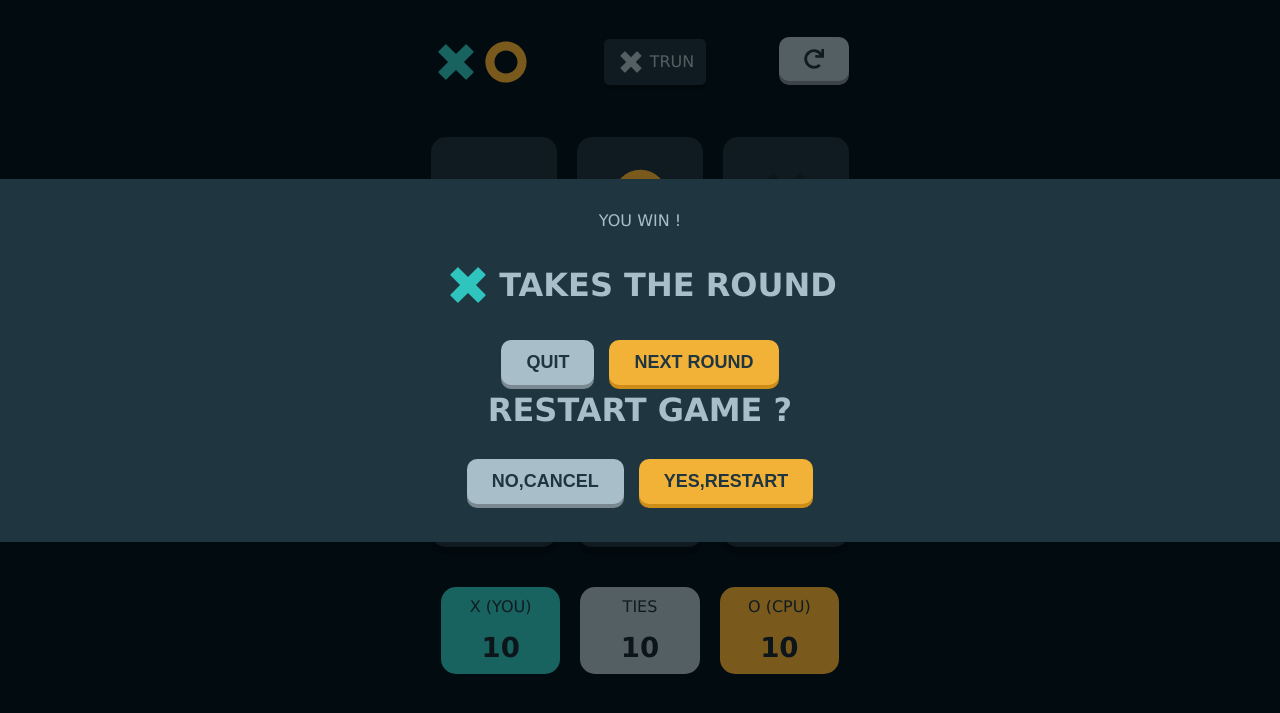
Repository: SD-Mdouka/XO_GAME
Page: /
An editor plug-in stored every save of this project. The page is shown before and after the next save, followed by the edit.
The browser window is 1280 px wide. The pictures show the whole page.
The project was rebuilt for these pictures with package versions that can differ from the ones it lists, and the page was loaded fresh each time. Also part of the build but not shown: src/component/start/Start.js.

Above is the page before, as saved 2022-08-30 10:34:52.

After the next save:
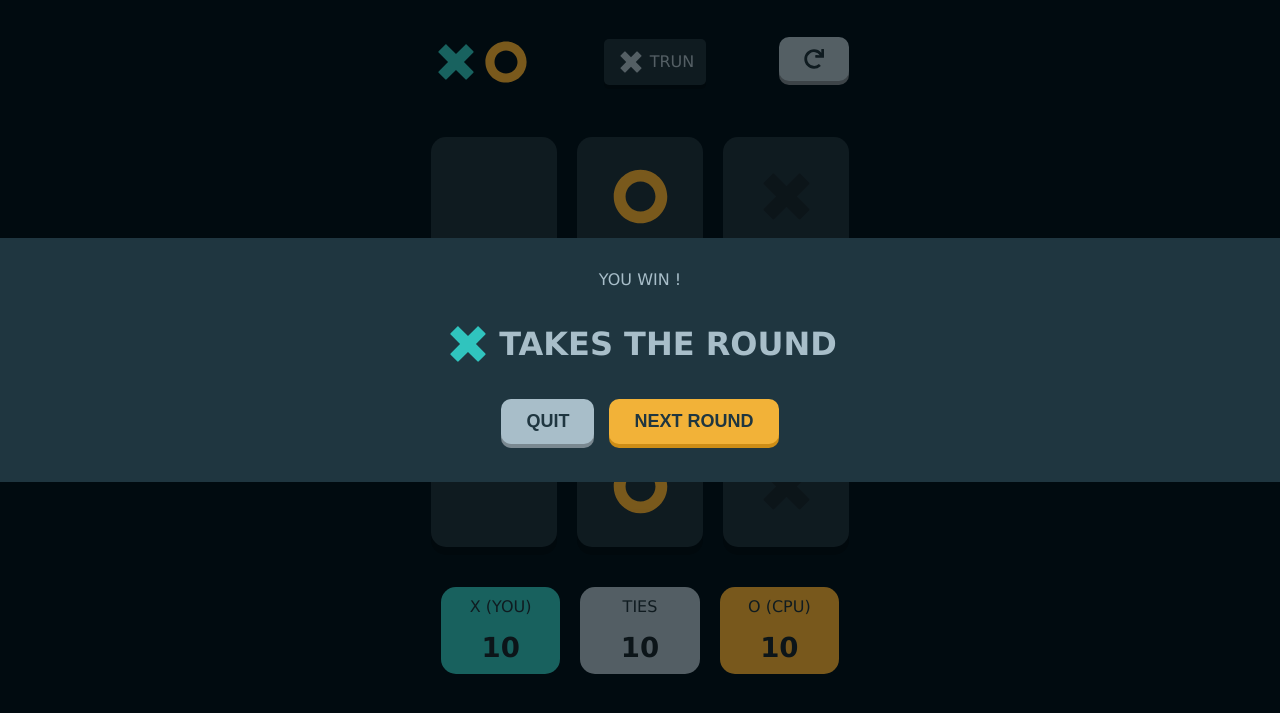
Saved 30 s later.
--- a/src/component/modal/Modal.js
+++ b/src/component/modal/Modal.js
@@ -12,7 +12,7 @@ const Modal = () => {
           <div className="modal__content">
             <div className="container">
               {modalMode === "winner" && <Win />}
-              {modalMode === "winner" && <Restart />}
+              {modalMode === "start" && <Restart />}
             </div>
           </div>
         </div>
